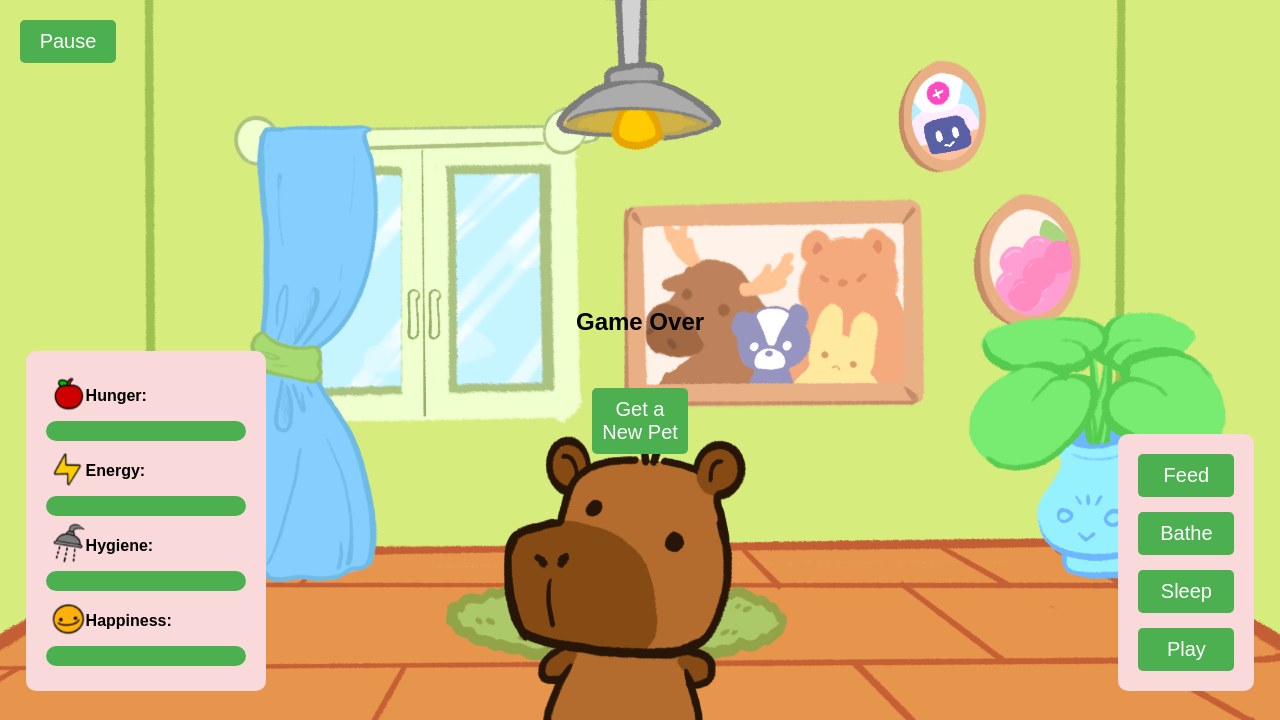
Repository: sarahjx/CapyCare
Page: html/index.html
An editor plug-in stored every save of this project. The page is shown before and after the next save, followed by the edit.
The browser window is 1280 px wide. The pictures show the whole page.
Some web fonts or font styles are not loaded; a fallback is used.

Above is the page before, as saved 2025-05-01 14:48:33.
Console error: TypeError: Cannot set properties of null (setting 'innerText')

After the next save:
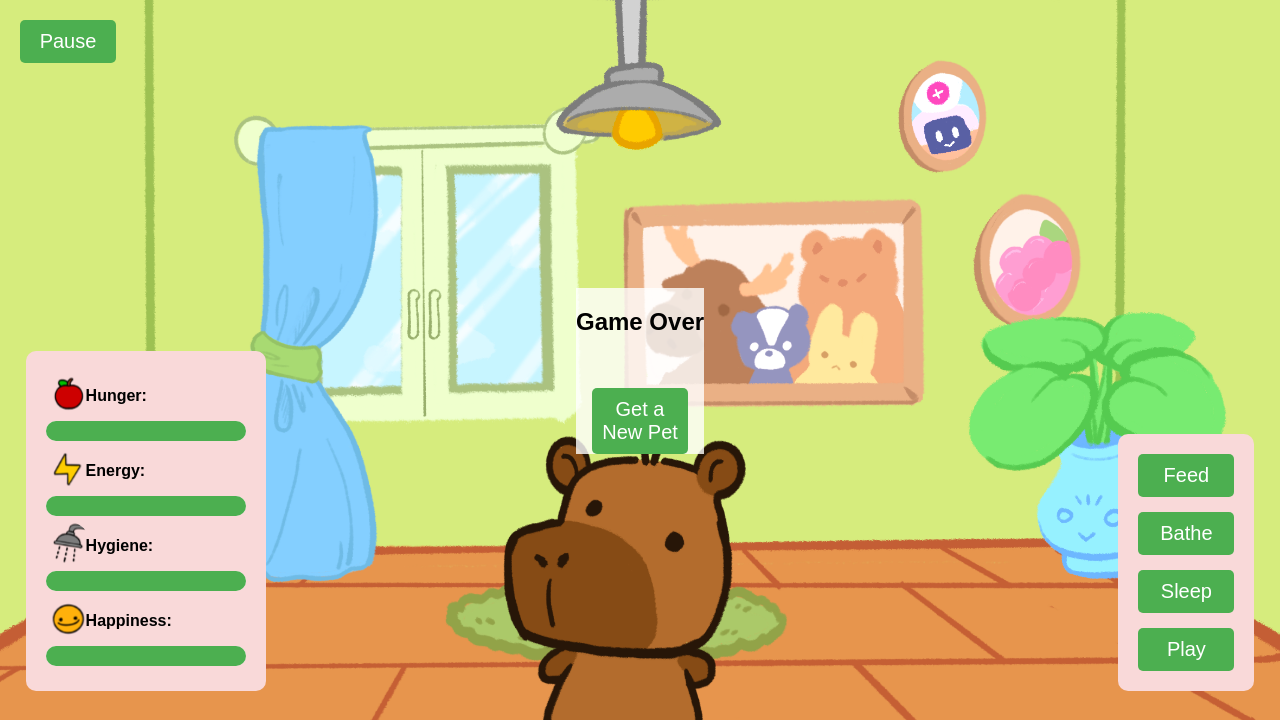
Saved 5 s later.
--- a/css/statusbar.css
+++ b/css/statusbar.css
@@ -178,7 +178,7 @@ button:hover {
   top: 40%;
   padding: 0;
   margin: 0;
-  background-color: rgb
+  background-color: rgba(255, 255, 255, 0.8);
 
 
 }
